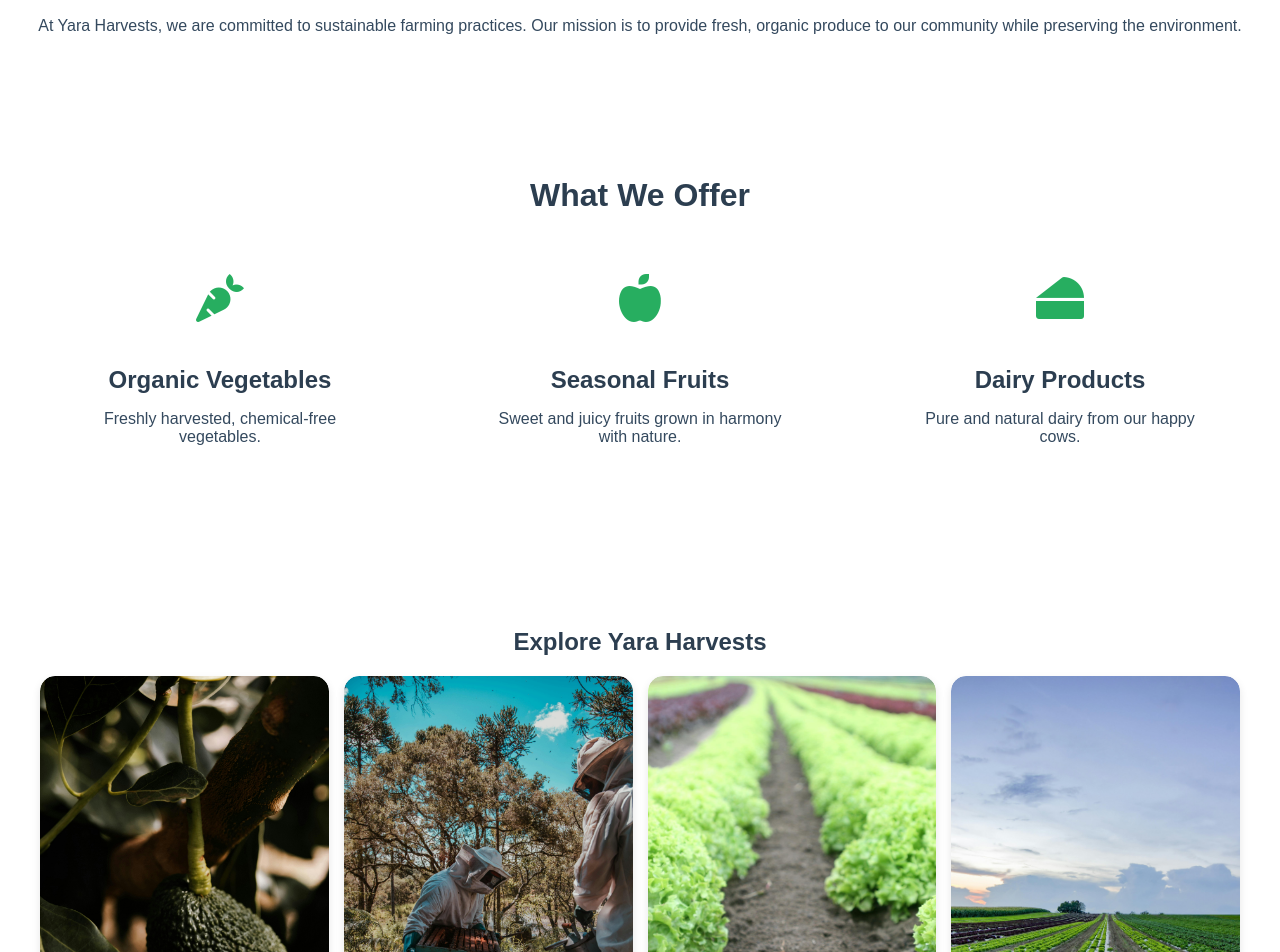
Repository: Kanyi-Manyara/yara-farm
Page: index.html
The author's editor kept a copy of each file at every save. The page is drawn from the files as they stood at one save, then again after a run of saves.
The browser window is 1280 px wide. The pictures show the part of the page from y = 821 to 1773 px (the page is 3682 px tall).

Above is the page before, as saved 2025-02-22 13:54:35.
Console error: TypeError: Cannot read properties of null (reading 'addEventListener')

### index.html
<!DOCTYPE html>
<html lang="en">
<head>
  <meta charset="UTF-8">
  <meta name="viewport" content="width=device-width, initial-scale=1.0">
  <title>Yara Harvests</title>
  <link rel="stylesheet" href="style.css">
  <link rel="stylesheet" href="https://cdnjs.cloudflare.com/ajax/libs/font-awesome/6.0.0/css/all.min.css">

  <link rel="stylesheet" href="https://cdnjs.cloudflare.com/ajax/libs/font-awesome/6.0.0/css/all.min.css">

</head>
<body>

     <!-- Logo -->
  <header>
    <a href="#" class="logo">
      <img src="assets/farmlogobg2.png" alt="Yara Harvests Logo">
    </a>
  </header>
  <!-- Splash Screen -->
  <div id="splash-screen">
    <div class="splash-content">
        <img src="assets/Farm Logo.png" alt="Logo">
      <!-- <h1>Yara Harvests</h1>
      <p>Where Nature Meets Nourishment</p> -->
    </div>
  </div>

  <!-- Hero Section -->
<section id="hero">
    <div class="video-container">
      <video autoplay muted loop id="hero-video">
        <source src="assets/land.mp4" type="video/mp4">
        Your browser does not support the video tag.
      </video>
    </div>
    <div class="hero-content">
      <h1>Fresh, Organic Produce Straight from Our Farm to Your Table</h1>
      <a href="#products" class="cta-button">Explore Our Harvest</a>
    </div>
  </section>
  <!-- Hero Section
<section id="hero">
    <div class="video-container">
      <video autoplay muted loop id="hero-video">
        <source src="assets/land.mp4" type="video/mp4">
        Your browser does not support the video tag.
      </video>
    </div>
    <div class="hero-content">
      <h1>Fresh, Organic Produce Straight from <br>Our Farm to Your Table</h1>
      <a href="#products" class="cta-button">Explore Our Harvest</a>
    </div>
  </section> -->

  <!-- About Section -->
  <section id="about">
    <div class="about-content">
      <h2>Our Story</h2>
      <p>At Yara Harvests, we are committed to sustainable farming practices. Our mission is to provide fresh, organic produce to our community while preserving the environment.</p>
      <!-- <img src="assets/images/avocado.jpg" alt="Yara Harvests Farm"> -->
    </div>
  </section>

<!-- Products Section -->
<section id="products">
    <h2>What We Offer</h2>
    <div class="product-grid">
      <div class="product-card">
        <i class="fas fa-carrot"></i>
        <h3>Organic Vegetables</h3>
        <p>Freshly harvested, chemical-free vegetables.</p>
        <a href="products/vegetables.html" class="learn-more">Learn More</a>
      </div>
      <div class="product-card">
        <i class="fas fa-apple-alt"></i>
        <h3>Seasonal Fruits</h3>
        <p>Sweet and juicy fruits grown in harmony with nature.</p>
        <a href="products/fruits.html" class="learn-more">Learn More</a>
      </div>
      <div class="product-card">
        <i class="fas fa-cheese"></i>
        <h3>Dairy Products</h3>
        <p>Pure and natural dairy from our happy cows.</p>
        <a href="products/dairy.html" class="learn-more">Learn More</a>
      </div>
    </div>
  </section>

<!-- gallery -->
  <section id="gallery">
    <h2>Explore Yara Harvests</h2>
    <div class="gallery-grid">
      <div class="gallery-item">
        <img src="assets/avocado.jpg" alt="Farm Field">
      </div>
      <div class="gallery-item">
        <img src="assets/bees.jpg" alt="Harvesting">
      </div>
      <div class="gallery-item">
        <img src="assets/lettuce.jpg" alt="Fresh Produce">
      </div>
      <div class="gallery-item">
        <img src="assets/seedbed.jpg" alt="Farm Animals">
      </div>
      <div class="gallery-item">
        <img src="assets/bees.jpg" alt="Farm Sunset">
      </div>
      <div class="gallery-item">
        <img src="assets/lettuce.jpg" alt="Farm Market">
      </div>
      <div class="gallery-item">
        <img src="assets/avocado.jpg" alt="Farm Field">
      </div>


    </div>
  </section>

<!-- Testimonials Section -->
<section id="testimonials">
    <h2>What Our Customers Say</h2>
    <div class="carousel-container">
      <div class="carousel-track">
        <div class="testimonial-card">
          <div class="testimonial-content">
            <p>"The best organic produce I've ever tasted! Highly recommend Yara Harvests."</p>
            <div class="testimonial-author">
              <img src="assets/bees.jpg" alt="Customer 1">
              <div class="author-details">
                <h4>Jane Doe</h4>
                <p>Regular Customer</p>
              </div>
            </div>
          </div>
        </div>
        <div class="testimonial-card">
          <div class="testimonial-content">
            <p>"Fresh, delicious, and sustainably grown. Love supporting this farm!"</p>
            <div class="testimonial-author">
              <img src="assets/seedbed.jpg" alt="Customer 2">
              <div class="author-details">
                <h4>John Smith</h4>
                <p>Local Chef</p>
              </div>
            </div>
          </div>
        </div>
        <div class="testimonial-card">
          <div class="testimonial-content">
            <p>"Yara Harvests has transformed the way I eat. Everything is so fresh and flavorful!"</p>
            <div class="testimonial-author">
              <img src="assets/seedbed.jpg" alt="Customer 3">
              <div class="author-details">
                <h4>Emily Johnson</h4>
                <p>Food Blogger</p>
              </div>
            </div>
          </div>
        </div>
        <div class="testimonial-card">
          <div class="testimonial-content">
            <p>"The quality of produce from Yara Harvests is unmatched. Truly exceptional!"</p>
            <div class="testimonial-author">
              <img src="assets/lettuce.jpg" alt="Customer 4">
              <div class="author-details">
                <h4>Michael Brown</h4>
                <p>Health Enthusiast</p>
              </div>
            </div>
          </div>
        </div>
        <!-- Duplicate cards for seamless looping -->
        <div class="testimonial-card">
          <div class="testimonial-content">
            <p>"The best organic produce I've ever tasted! Highly recommend Yara Harvests."</p>
            <div class="testimonial-author">
              <img src="assets/avocado.jpg" alt="Customer 1">
              <div class="author-details">
                <h4>Jane Doe</h4>
                <p>Regular Customer</p>
              </div>
            </div>
          </div>
        </div>
        <div class="testimonial-card">
          <div class="testimonial-content">
            <p>"Fresh, delicious, and sustainably grown. Love supporting this farm!"</p>
            <div class="testimonial-author">
              <img src="assets/Farm Logo.png" alt="Customer 2">
              <div class="author-details">
                <h4>John Smith</h4>
                <p>Local Chef</p>
              </div>
            </div>
          </div>
        </div>
        <div class="testimonial-card">
          <div class="testimonial-content">
            <p>"Yara Harvests has transformed the way I eat. Everything is so fresh and flavorful!"</p>
            <div class="testimonial-author">
              <img src="assets/lettuce.jpg" alt="Customer 3">
              <div class="author-details">
                <h4>Emily Johnson</h4>
                <p>Food Blogger</p>
              </div>
            </div>
          </div>
        </div>
        <div class="testimonial-card">
          <div class="testimonial-content">
            <p>"The quality of produce from Yara Harvests is unmatched. Truly exceptional!"</p>
            <div class="testimonial-author">
              <img src="assets/seedbed.jpg" alt="Customer 4">
              <div class="author-details">
                <h4>Michael Brown</h4>
                <p>Health Enthusiast</p>
              </div>
            </div>
          </div>
        </div>
      </div>
    </div>
  </section>

  <!-- Contact Section -->
<section id="contact">
    <div class="contact-container">
      <!-- Left Side: Contact Form and Information -->
      <div class="contact-left">
        <h2>Get in Touch</h2>
        <form>
          <input type="text" placeholder="Your Name" required>
          <input type="email" placeholder="Your Email" required>
          <textarea placeholder="Your Message" required></textarea>
          <button type="submit">Send Message</button>
        </form>
        <div class="contact-info">
          <p><i class="fas fa-map-marker-alt"></i> Address: 123 Farm Road, Green Valley</p>
          <p><i class="fas fa-phone"></i> Phone: +123 456 7890</p>
          <p><i class="fas fa-envelope"></i> Email: info@yaraharvests.com</p>
        </div>
      </div>

      <!-- Right Side: Google Map -->
      <div class="contact-right">
        <iframe
          src="https://www.google.com/maps/embed?pb=!1m14!1m12!1m3!1d1370.0967259576712!2d36.61745964736168!3d-0.9414913667099373!2m3!1f0!2f0!3f0!3m2!1i1024!2i768!4f13.1!5e1!3m2!1sen!2ske!4v1740219301189!5m2!1sen!2ske"
          width="100%"
          height="100%"
          style="border:0;"
          allowfullscreen=""
          loading="lazy"
          referrerpolicy="no-referrer-when-downgrade"
        ></iframe>
      </div>
    </div>
  </section>
  <!-- Footer -->
  <footer>
    <div class="social-links">
      <a href="#"><i class="fab fa-facebook"></i></a>
      <a href="#"><i class="fab fa-instagram"></i></a>
      <a href="#"><i class="fab fa-twitter"></i></a>
    </div>
    <p>&copy; 2023 Yara Harvests. All rights reserved.</p>
  </footer>

  <!-- Toggle Button -->
<button id="nav-toggle">
    <i class="fas fa-bars"></i>
  </button>

  <!-- Side Navigation -->
  <nav id="side-nav">
    <ul>
      <li><a href="#hero" class="active"><i class="fas fa-home fa-xs"></i></a></li>
      <li><a href="#about"><i class="fas fa-info-circle fa-xs"></i></a></li>
      <li><a href="#products"><i class="fas fa-shopping-basket fa-xs"></i></a></li>
      <li><a href="#gallery"><i class="fas fa-images fa-xs"></i></a></li>
      <li><a href="#testimonials"><i class="fas fa-comments fa-xs"></i></a></li>
      <li><a href="#contact"><i class="fas fa-envelope fa-xs"></i></a></li>
    </ul>
  </nav>

  <script src="script.js"></script>
</body>
</html>

### style.css
/* General Styles */
body {
    font-family: 'Arial', sans-serif;
    margin: 0;
    padding: 0;
    box-sizing: border-box;
  }

  h1, h2, h3 {
    color: #2c3e50;
  }

  p {
    color: #34495e;
  }

  /* Splash Screen */
  #splash-screen {
    position: fixed;
    top: 0;
    left: 0;
    width: 100%;
    height: 100%;
    background: white;
    display: flex;
    justify-content: center;
    align-items: center;
    color: white;
    z-index: 1000;
  }

  .splash-content {
    text-align: center;
  }

/* Hero Section */
#hero {
    position: relative;
    height: 100vh;
    overflow: hidden;
    display: flex;
    align-items: center; /* Center content vertically */
  }

  .video-container {
    position: absolute;
    top: 0;
    left: 0;
    width: 100%;
    height: 100%;
    z-index: -1; /* Place the video behind the content */
  }

  #hero-video {
    width: 100%;
    height: 100%;
    object-fit: cover; /* Ensures the video covers the entire container */
  }

  .hero-content {
    position: relative;
    z-index: 1; /* Place the content above the video */
    padding-left: 50px; /* Add padding to move content to the left */
    max-width: 600px; /* Limit width for better readability */
  }

  .hero-content h1 {
    font-size: 3rem;
    color: transparent; /* Transparent text fill */
    -webkit-text-stroke: 1px white; /* White outline for text */
    text-shadow: 2px white; /* Fallback for non-WebKit browsers */
    margin-bottom: 20px;
    line-height: 1.2;
  }

  /* Ensure this selector is specific enough */
.hero-content .cta-button {
  background: transparent; /* Transparent button background */
  color: white; /* Grey font color */
  padding: 10px 20px;
  text-decoration: none;
  border: 1px solid white; /* White outline for button */
  border-radius: 5px;
  font-size: 1.2rem;
  transition: background 0.3s ease, color 0.3s ease;
}

.hero-content .cta-button:hover {
  background: white; /* White background on hover */
  color: black; /* Black text on hover */
}
/* Toggle Button */
#nav-toggle {
    position: fixed;
    top: 20px;
    right: 20px;
    background: transparent;
    color: grey;
    border: none;
    padding: 0px;
    border-radius: 50%;
    width: 40px;
    height: 40px;
    cursor: pointer;
    z-index: 1001; /* Ensure it's above the side nav */
    display: flex;
    align-items: center;
    justify-content: center;
  }

  #nav-toggle i {
    font-size: 1.2rem;
  }

  /* Side Navigation */
  #side-nav {
    position: fixed;
    top: 50%;
    right: -100px; /* Initially hidden off-screen */
    transform: translateY(-50%);
    z-index: 1000;
    background: rgba(255, 255, 255, 0.9);
    border-radius: 10px;
    padding: 10px;
    transition: right 0.3s ease;
  }

  #side-nav.active {
    right: 20px; /* Visible on-screen */
  }

  #side-nav ul {
    list-style: none;
    padding: 0;
    margin: 0;
  }

  #side-nav ul li {
    margin: 7.5px 0;
  }

  #side-nav ul li a {
    text-decoration: none;
    color: #2c3e50;
    font-size: 1rem;
    display: block;
    padding: 10px;
    background: rgba(255, 255, 255, 0.8);
    border-radius: 50%;
    width: 20px;
    height: 20px;
    text-align: center;
    line-height: 20px;
    transition: background 0.3s ease, color 0.3s ease;
  }

  #side-nav ul li a:hover {
    background: grey;
    color: white;
  }

  #side-nav ul li a.active {
    background: grey;
    color: white;
  }

  /* About Section */
  #about {
    padding: 50px 20px;
    text-align: center;
  }

/* Products Section */
#products {
    padding: 50px 20px;
    text-align: center;
    background: white;
  }

  #products h2 {
    margin-bottom: 40px;
    font-size: 2rem;
    color: #2c3e50;
  }

  .product-grid {
    display: flex;
    justify-content: space-around;
    flex-wrap: wrap;
    gap: 20px;
  }

  .product-card {
    background: transparent; /* Make the card background transparent */
    border-radius: 15px;
    padding: 20px;
    width: 300px;
    box-shadow: none; /* Remove box shadow */
    text-align: center;
    transition: transform 0.3s ease;
  }

  .product-card:hover {
    transform: translateY(-10px); /* Keep hover effect for interactivity */
  }

  .product-card i {
    font-size: 3rem;
    color: #27ae60;
    margin-bottom: 20px;
  }

  .product-card h3 {
    font-size: 1.5rem;
    color: #2c3e50;
    margin-bottom: 10px;
  }

  .product-card p {
    font-size: 1rem;
    color: #34495e;
    margin-bottom: 20px;
  }

  .learn-more {
    background: transparent; /* Transparent button background */
    color: white; /* Grey font color */
    padding: 10px 20px;
    text-decoration: none;
    border: 1px solid white; /* White outline for button */
    border-radius: 5px;
    font-size: 1.2rem;
    transition: background 0.3s ease, color 0.3s ease;
  }

  .learn-more:hover {
    background: #219653;
  }
  /* Gallery Section
  #gallery {
    padding: 50px 20px;
    text-align: center;
  }

  .gallery-grid {
    display: grid;
    grid-template-columns: repeat(3, 1fr);
    gap: 10px;
  }

  .gallery-grid img {
    width: 100%;
    height: auto;
  } */

/* Gallery Section */
#gallery {
    padding: 50px 20px;
    text-align: center;
  }

  .gallery-grid {
    display: grid;
    grid-template-columns: repeat(auto-fill, minmax(250px, 1fr)); /* Adjust minmax for column width */
    gap: 15px; /* Space between images */
    padding: 0 20px;
  }

  .gallery-item {
    position: relative;
    overflow: hidden;
    border-radius: 15px; /* Smooth curved edges */
    box-shadow: 0 4px 8px rgba(0, 0, 0, 0.1); /* Subtle shadow for depth */
    transition: transform 0.3s ease, box-shadow 0.3s ease;
  }

  .gallery-item:hover {
    transform: scale(1.05); /* Slight zoom on hover */
    box-shadow: 0 8px 16px rgba(0, 0, 0, 0.2); /* Enhanced shadow on hover */
  }

  .gallery-item img {
    width: 100%;
    height: 100%;
    object-fit: cover; /* Ensures images fill the container without distortion */
    display: block;
    border-radius: 15px; /* Match the container's curved edges */
  }

/* Testimonials Section */
#testimonials {
    padding: 50px 20px;
    text-align: center;
    background: #f9f9f9;
    overflow: hidden;
  }

  #testimonials h2 {
    margin-bottom: 40px;
    font-size: 2rem;
    color: #2c3e50;
  }

  .carousel-container {
    width: 100%;
    overflow: hidden;
    position: relative;
  }

  .carousel-track {
    display: flex;
    animation: scroll 20s linear infinite; /* Adjust speed as needed */
  }

  .testimonial-card {
    flex: 0 0 auto;
    width: 300px;
    margin: 0 15px;
    background: white;
    border-radius: 15px;
    /* box-shadow: 0 4px 20px rgba(0, 0, 0, 0.1); */
    padding: 20px;
    box-sizing: border-box;
    text-align: left;
  }

  .testimonial-content p {
    font-size: 1.1rem;
    color: #34495e;
    line-height: 1.6;
    margin-bottom: 20px;
  }

  .testimonial-author {
    display: flex;
    align-items: center;
  }

  .testimonial-author img {
    width: 60px;
    height: 60px;
    border-radius: 50%;
    margin-right: 15px;
  }

  .author-details h4 {
    margin: 0;
    font-size: 1.2rem;
    color: #2c3e50;
  }

  .author-details p {
    margin: 0;
    font-size: 0.9rem;
    color: #7f8c8d;
  }

  /* Keyframes for infinite scrolling */
  @keyframes scroll {
    0% {
      transform: translateX(0);
    }
    100% {
      transform: translateX(-50%); /* Move by half the width of the carousel */
    }
  }

/* Contact Section */
#contact {
    display: flex;
    height: 100vh; /* Full viewport height */
  }

  .contact-container {
    display: flex;
    width: 100%;
    height: 100%;
  }

  /* Left Side: Contact Form and Information */
  .contact-left {
    flex: 1;
    background: #000; /* Black background */
    color: white;
    padding: 50px;
    display: flex;
    flex-direction: column;
    justify-content: center;
  }

  .contact-left h2 {
    font-size: 2rem;
    margin-bottom: 20px;
  }

  .contact-left form {
    display: flex;
    flex-direction: column;
    gap: 15px;
    margin-bottom: 20px;
  }

  .contact-left input,
  .contact-left textarea {
    padding: 10px;
    border: 1px solid #ccc;
    border-radius: 5px;
    font-size: 1rem;
    background: #333; /* Dark input background */
    color: white;
  }

  .contact-left textarea {
    resize: vertical;
    min-height: 100px;
  }

  .contact-left button {
    background: grey;
    color: white;
    padding: 10px 20px;
    border: none;
    border-radius: 5px;
    font-size: 1rem;
    cursor: pointer;
    transition: background 0.3s ease;
  }

  .contact-left button:hover {
    background: white;
    color: black;

  }

  .contact-info {
    margin-top: 20px;
  }

  .contact-info p {
    font-size: 1rem;
    margin-bottom: 10px;
    display: flex;
    align-items: center;
    gap: 10px;
  }

  .contact-info i {
    color: #27ae60;
  }

  /* Right Side: Google Map */
  .contact-right {
    flex: 1;
    background: white; /* White background */
  }

  .contact-right iframe {
    width: 100%;
    height: 100%;
    border: none;
  }

  /* Footer */
  footer {
    background: #2c3e50;
    color: white;
    text-align: center;
    padding: 20px;
  }

  .social-links a {
    color: white;
    margin: 0 10px;
  }

  /* Logo */
header {
    position: fixed;
    top: 20px;
    left: 20px;
    z-index: 1000; /* Ensure the logo is above other content */
  }

  .logo img {
    width: 80px; /* Adjust size as needed */
    height: auto;
    transition: transform 0.3s ease;
  }

  .logo img:hover {
    transform: scale(1.1); /* Slight zoom on hover */
  }

/* //////////////////////////////////////////////////////////////// */

/* Product Detail Page */
#product-detail {
    padding: 50px 20px;
    text-align: center;
  }

  .product-detail-content {
    max-width: 800px;
    margin: 0 auto;
  }

  .product-detail-content h1 {
    font-size: 2.5rem;
    color: #2c3e50;
    margin-bottom: 20px;
  }

  .product-detail-content img {
    width: 100%;
    max-width: 500px;
    border-radius: 15px;
    margin-bottom: 20px;
  }

  .product-detail-content p {
    font-size: 1.1rem;
    color: #34495e;
    line-height: 1.6;
    margin-bottom: 20px;
  }

  .product-detail-content h2 {
    font-size: 2rem;
    color: #2c3e50;
    margin-bottom: 20px;
  }

  .product-detail-content ul {
    list-style: none;
    padding: 0;
    margin-bottom: 20px;
  }

  .product-detail-content ul li {
    font-size: 1rem;
    color: #34495e;
    margin-bottom: 10px;
  }

  .cta-button {
    background: #27ae60;
    color: white;
    padding: 10px 20px;
    text-decoration: none;
    border-radius: 5px;
    font-size: 1rem;
    transition: background 0.3s ease;
  }

  .cta-button:hover {
    background: #219653;
  }

  .back-button {
    display: inline-block;
    margin: 20px;
    color: #27ae60;
    text-decoration: none;
    font-size: 1rem;
  }

  .back-button i {
    margin-right: 5px;
  }

Loaded but not shown: script.js (91 lines, source omitted)

After the next 2 saves:
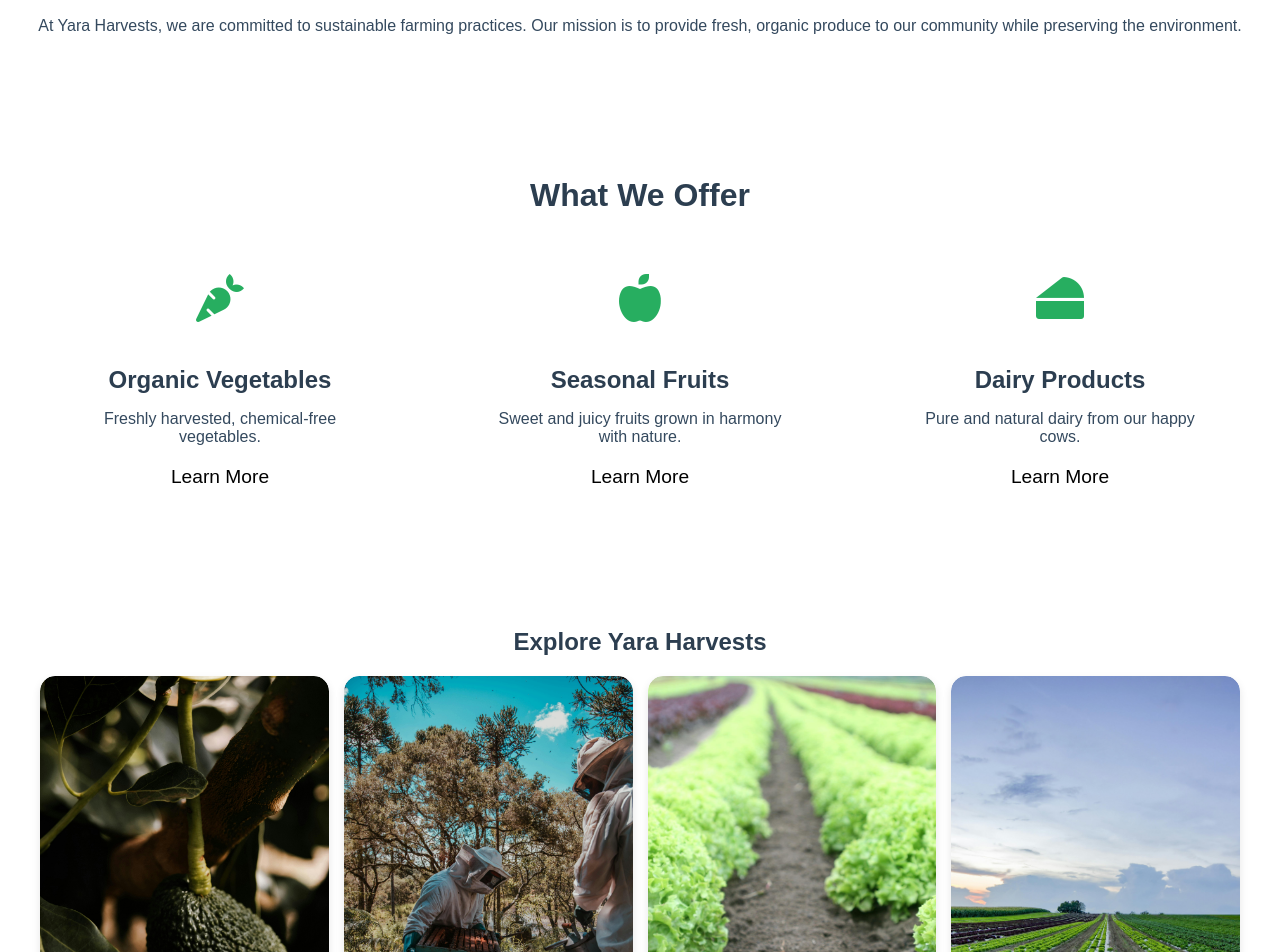
The 2 saves are shown as one change because they came seconds apart.
The last was saved 50 s later.
--- a/style.css
+++ b/style.css
@@ -224,7 +224,7 @@ body {
 
   .learn-more {
     background: transparent; /* Transparent button background */
-    color: white; /* Grey font color */
+    color: black; /* Grey font color */
     padding: 10px 20px;
     text-decoration: none;
     border: 1px solid white; /* White outline for button */
